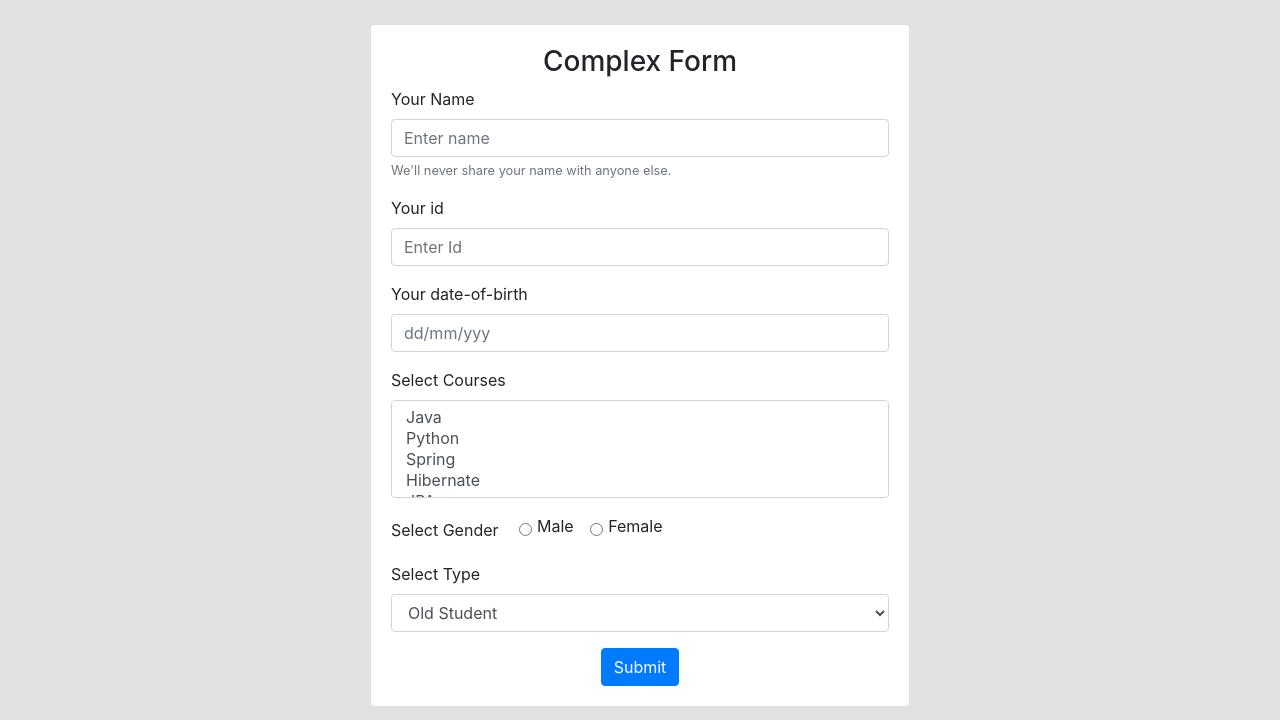
Repository: agupta003/3-18-2024
Page: http://localhost/spring-mvc-orm-db-Fileupload-multipart-resolver/WEB-INF/views/jsp/complex_form.jsp
An editor plug-in stored every save of this project. The page is shown before and after the next save, followed by the edit.
The browser window is 1280 px wide. The pictures show the whole page.
Some web libraries are served in a nearby version. The page is served by Tomcat 10. Nobody is signed in. The template is opened directly, without the code that normally fills it, so the values that code supplies are empty.

Above is the page before, as saved 2024-03-28 04:23:09.

After the next save:
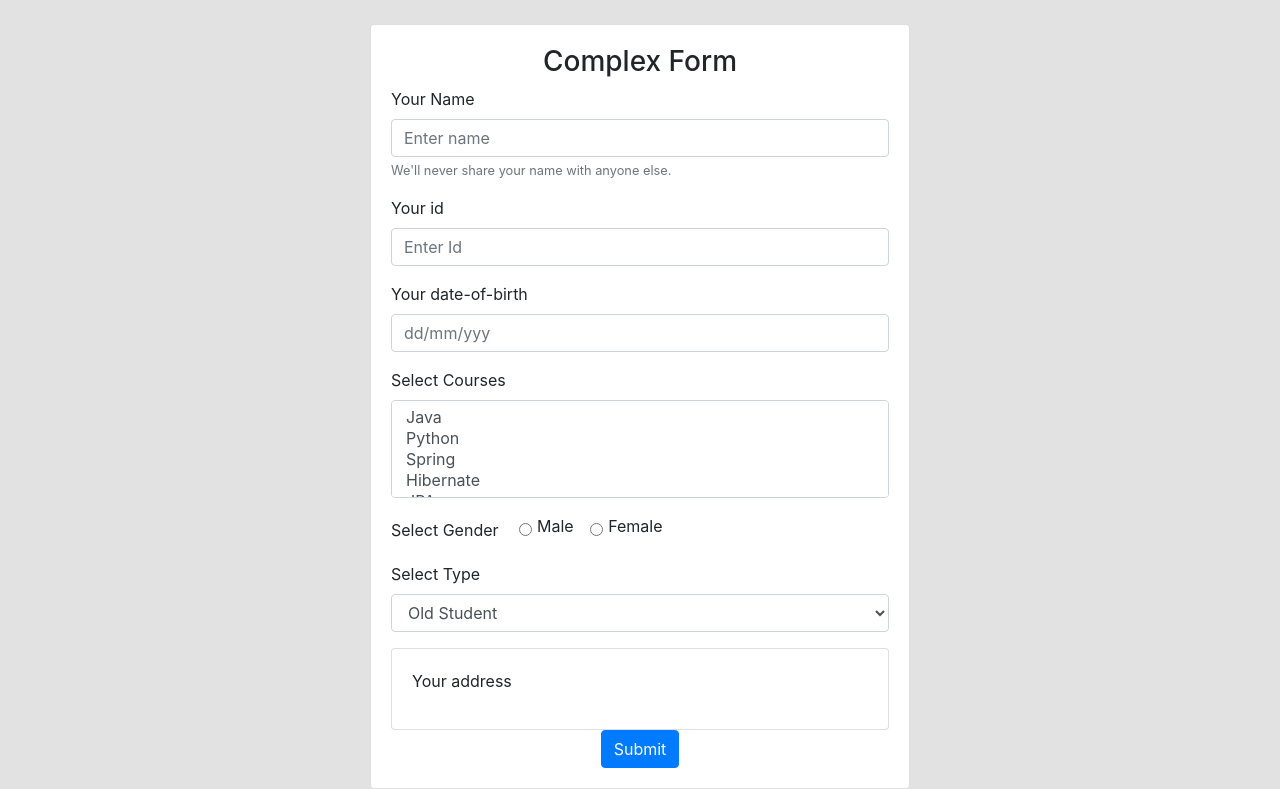
Saved 107 s later.
--- a/spring-mvc-orm-db-Fileupload-multipart-resolver/src/main/webapp/WEB-INF/views/jsp/complex_form.jsp
+++ b/spring-mvc-orm-db-Fileupload-multipart-resolver/src/main/webapp/WEB-INF/views/jsp/complex_form.jsp
@@ -68,6 +68,10 @@
 									<option value="normalstudent">Normal Student</option>
 								</select>
 							</div>
+							<div class="card">
+							<div class="card-body">
+							<p>Your address</p>
+							</div></div>
 							<div class="container- text-center">
 							<button type="submit" class="btn btn-primary">Submit</button>
 							</div>
